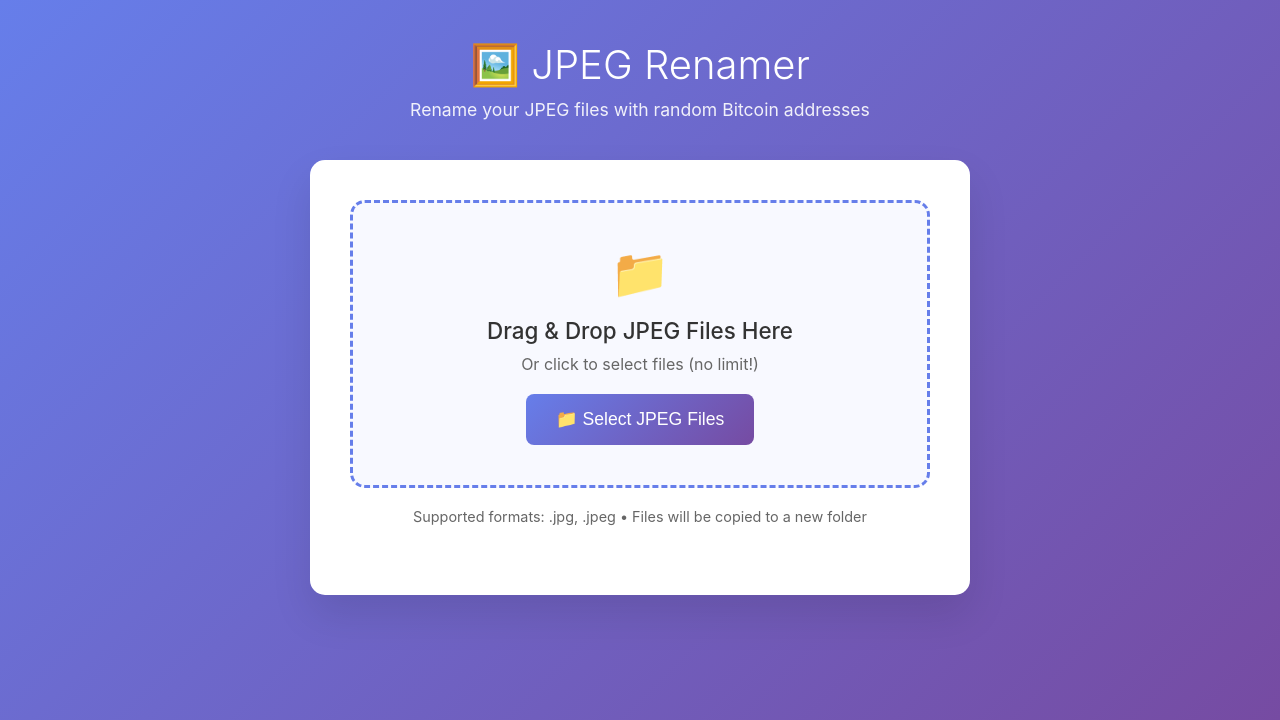
Repository: b0ase/nerd
Page: src/index.html
An editor plug-in stored every save of this project. The page is shown before and after the next save, followed by the edit.
The browser window is 1280 px wide. The pictures show the whole page.

Above is the page before, as saved 2025-06-03 13:36:57.

After the next save:
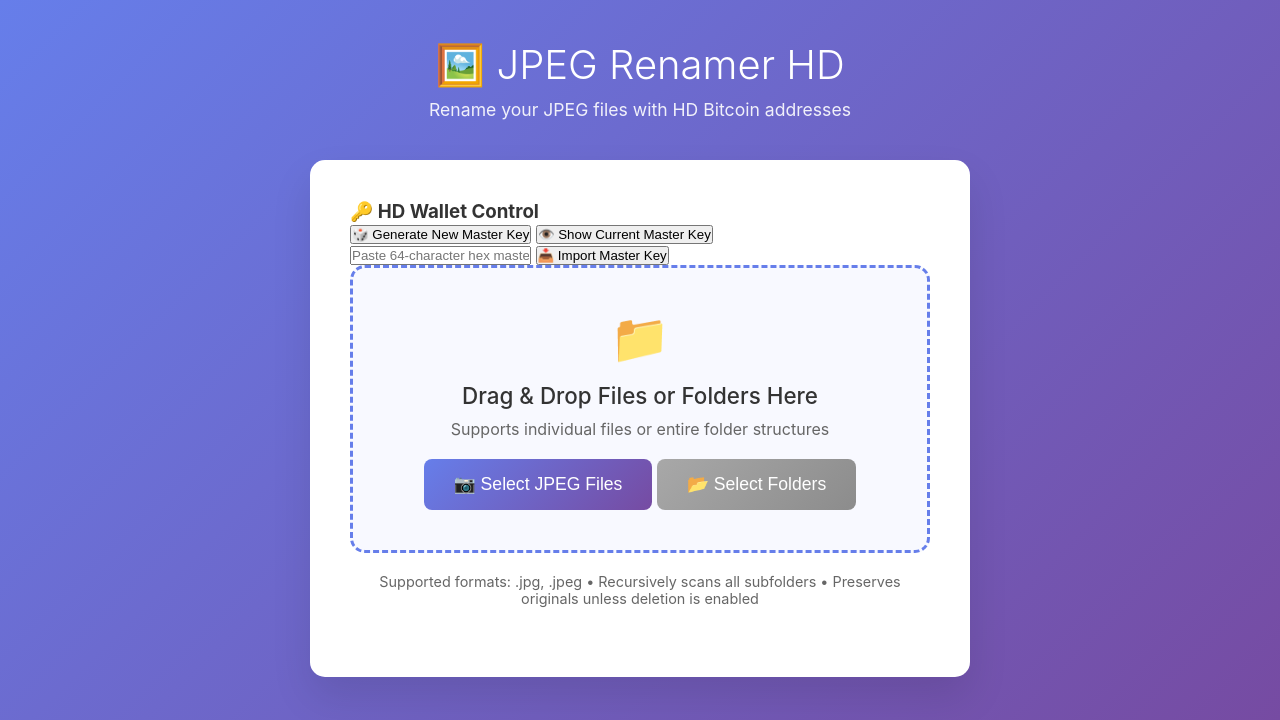
Saved 22 s later.
--- a/src/index.html
+++ b/src/index.html
@@ -3,35 +3,61 @@
 <head>
     <meta charset="UTF-8">
     <meta name="viewport" content="width=device-width, initial-scale=1.0">
-    <title>JPEG Renamer - Bitcoin Addresses</title>
+    <title>JPEG Renamer - HD Bitcoin Addresses</title>
     <link rel="stylesheet" href="styles.css">
 </head>
 <body>
     <div class="container">
         <header>
-            <h1>🖼️ JPEG Renamer</h1>
-            <p>Rename your JPEG files with random Bitcoin addresses</p>
+            <h1>🖼️ JPEG Renamer HD</h1>
+            <p>Rename your JPEG files with HD Bitcoin addresses</p>
         </header>
 
         <main>
+            <!-- HD Wallet Section -->
+            <div class="hd-wallet-section">
+                <h3>🔑 HD Wallet Control</h3>
+                <div class="wallet-controls">
+                    <button id="generateMasterKey" class="wallet-btn">
+                        🎲 Generate New Master Key
+                    </button>
+                    <button id="showMasterKey" class="wallet-btn">
+                        👁️ Show Current Master Key
+                    </button>
+                    <div class="import-section">
+                        <input type="text" id="masterKeyInput" placeholder="Paste 64-character hex master key to import..." class="master-key-input">
+                        <button id="importMasterKey" class="wallet-btn">
+                            📥 Import Master Key
+                        </button>
+                    </div>
+                </div>
+                <div id="masterKeyDisplay" class="master-key-display"></div>
+            </div>
+
+            <!-- File/Folder Selection Section -->
             <div class="upload-section">
                 <div id="dropZone" class="drop-zone">
                     <div class="drop-zone-content">
                         <div class="drop-icon">📁</div>
-                        <h3>Drag & Drop JPEG Files Here</h3>
-                        <p>Or click to select files (no limit!)</p>
-                        <button id="selectFiles" class="primary-btn">
-                            📁 Select JPEG Files
-                        </button>
+                        <h3>Drag & Drop Files or Folders Here</h3>
+                        <p>Supports individual files or entire folder structures</p>
+                        <div class="button-group">
+                            <button id="selectFiles" class="primary-btn">
+                                📷 Select JPEG Files
+                            </button>
+                            <button id="selectFolders" class="secondary-btn">
+                                📂 Select Folders
+                            </button>
+                        </div>
                     </div>
                     <div class="drop-overlay">
                         <div class="drop-overlay-content">
                             <div class="drop-icon">⬇️</div>
-                            <h3>Drop your JPEG files here!</h3>
+                            <h3>Drop your files or folders here!</h3>
                         </div>
                     </div>
                 </div>
-                <p class="hint">Supported formats: .jpg, .jpeg • Files will be copied to a new folder</p>
+                <p class="hint">Supported formats: .jpg, .jpeg • Recursively scans all subfolders • Preserves originals unless deletion is enabled</p>
             </div>
 
             <div id="fileList" class="file-list"></div>
@@ -43,11 +69,25 @@
                     </button>
                     <div id="selectedFolder" class="selected-folder"></div>
                 </div>
+
+                <!-- Folder Deletion Option -->
+                <div class="danger-zone" id="dangerZone" style="display: none;">
+                    <div class="danger-header">
+                        <h4>⚠️ Danger Zone</h4>
+                        <p>Delete source folders after successful processing</p>
+                    </div>
+                    <label class="checkbox-container">
+                        <input type="checkbox" id="deleteSourceFolders">
+                        <span class="checkmark"></span>
+                        Delete original folders after copying files
+                    </label>
+                    <div id="foldersToDelete" class="folders-to-delete"></div>
+                </div>
             </div>
 
             <div id="processSection" class="process-section" style="display: none;">
                 <button id="processFiles" class="success-btn">
-                    🔄 Copy & Rename Files
+                    🔄 Copy & Rename with HD Addresses
                 </button>
             </div>
 
